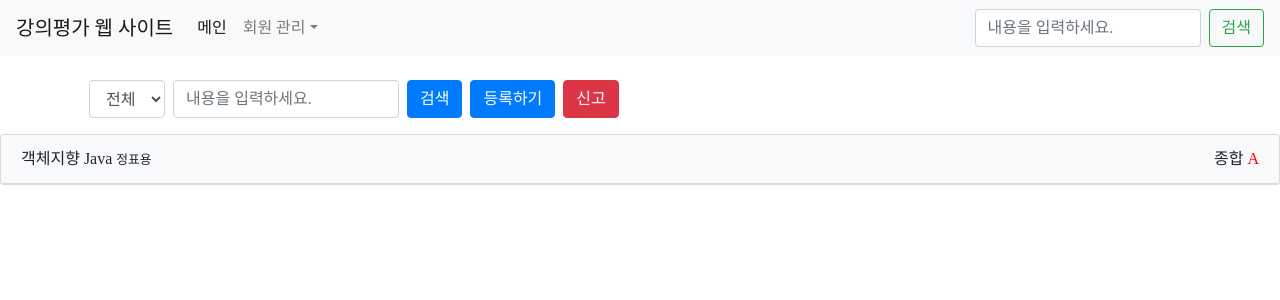
Repository: sur2/JSP-Lecture-Evaluation
Page: http://localhost/Lecture_Evaluation/userJoin.jsp
The author's editor kept a copy of each file at every save. The page is drawn from the files as they stood at one save, then again after the next save.
The browser window is 1280 px wide. The pictures show the whole page.
Some web fonts or font styles are not loaded; a fallback is used. The page is served by Tomcat 9. Other server files are loaded and not shown.

Above is the page before, as saved 2020-01-03 09:45:41.

### Lecture Evaluation/WebContent/userJoin.jsp
<%@ page language="java" contentType="text/html; charset=UTF-8"
	pageEncoding="UTF-8"%>
<!DOCTYPE html>
<html>
<head>
	<meta charset="UTF-8">
	<!-- 반응형 웹 -->
	<meta name="viewport" content="width=device-width, initial-scale=1.0, shrink-to-fit=no">
	<title>강의평가 웹 사이트</title>
	<!-- 부트스트랩 CSS 추가하기 -->
	<link rel="stylesheet" href="./css/bootstrap.min.css"></link>
	<!-- 커스텀 CSS 추가하기 -->
	<link rel="stylesheet" href="./css/custom.css"></link>
</head>
<body>
	<nav class="navbar navbar-expand-md navbar-light bg-light">
		<a class="navbar-brand" href="index.jsp">강의평가 웹 사이트</a>
		<button class="navbar-toggler" type="button" data-toggle="collapse" data-target="#navbar">
			<span class="navbar-toggler-icon"></span>
		</button>
		<div id="navbar" class="collapse navbar-collapse">
			<ul class="navbar-nav mr-auto">
				<li class="navbar-item active">
					<a class="nav-link" href="index.jsp">메인</a>
				</li>
				<li class="nav-item dropdown">
					<a class="nav-link dropdown-toggle" id="dropdown" data-toggle="dropdown">회원 관리</a>
					<div class="dropdown-menu" aria-labelledby="dropdown">
						<a class="dropdown-item" href="#">로그인</a>
						<a class="dropdown-item" href="#">회원가입</a>
						<a class="dropdown-item" href="#">로그아웃</a>
					</div>
				</li>
			</ul>
			<form class="form-inline my-2 my-lg-0">
				<input class="form-control mr-sm-2" type="search" placeholder="내용을 입력하세요." aria-label="Search">
				<button class="btn btn-outline-success my-2 my-sm-0" type="submit">검색</button>
			</form>
		</div>
	</nav>

	<section class="container">
		<form method="get" action="./index.jsp" class="form-inline mt-3">
			<select name="lectureDivide" class="form-control mx-1 mt-2">
				<option value="전체">전체</option>
				<option value="전공">전공</option>
				<option value="교양">교양</option>
				<option value="기타">기타</option>
			</select>
			<input type="text" name="search" class="form-control mx-1 mt-2" placeholder="내용을 입력하세요.">
			<button type="submit" class="btn btn-primary mx-1 mt-2">검색</button>
			<a class="btn btn-primary mx-1 mt-2" data-toggle="modal" href="#registerModal">등록하기</a>
			<a class="btn btn-danger mx-1 mt-2" data-toggle="modal" href="#reportModal">신고</a>
		</form>
	</section>

	<div class="card bg-light mt-3">
		<div class="card-header bg-light">
			<div class="row">
				<div class="col-8 text-left">객체지향 Java&nbsp;<small>정표용</small></div>
				<div class="col-4 text-right">종합
					<span style="color: red;">A</span>
				</div>
			</div>
		</div>
	</div>

	<!-- 평가 등록 모달 -->
	<div class="modal fade" id="registerModal" tabindex="-1" role="diolog" aria-labelledby="modal" aria-hidden="true">
		<div class="modal-dialog">
			<div class="modal-content">
				<div class="modal-header">
					<h5 class="modal-title" id="modal">평가 등록</h5>
					<button type="button" class="close" data-dismiss="modal" aria-label="Close">
						<span aria-hidden="true">&times;</span>
					</button>
				</div>
				<div class="modal-body">
					<form action="./evaluationRegisterAction.jsp" method="post">
						<div class="form-row">
							<div class="form-group col-sm-6">
								<label>강의명</label>
								<input type="text" name="lectureName" class="form-control" maxlength="20">
							</div>
							<div class="form-group col-sm-6">
								<label>교수명</label>
								<input type="text" name="professorName" class="form-control" maxlength="20">
							</div>
						</div>
						<div class="form-row">
							<div class="form-group col-sm-4">
								<label>수강 연도</label>
								<select name="lectureYear" class="form-control">
								<%
									for(int i = 2013; i<2030; i++) {
										if(i == 2020) {
								%>
												<option value="<%=i%>" selected><%=i%></option>
								<%
										}
										else {
								%>
									<option value="<%=i%>"><%=i%></option>
								<%
										}
									}
								%>
								</select>
							</div>
							<div class="form-group col-sm-4">
								<label>수강 학기</label>
								<select name="semesterDivide" class="form-control">
									<option value="1학기">1학기</option>
									<option value="여름학기">여름학기</option>
									<option value="2학기">2학기</option>
									<option value="겨울학기">겨울학기</option>
								</select>
							</div>
							<div class="form-group col-sm-4">
								<label>강의 구분</label>
								<select name="lectureDivide" class="form-control">
									<option value="전공">전공</option>
									<option value="교양">교양</option>
									<option value="기타">기타</option>
								</select>
							</div>
						</div>
						<div class=form-group>
							<label>제목</label>
							<input type="text" name="evaluationTime" class="form-control" maxlength="30">
						</div>
						<div class="form-group">
							<label>내용</label>
							<textarea name="evaluationContent" class="form-control" maxlength="2048" style="height:180px;"></textarea>
						</div>
						<div class="form-row">
							<div class="form-group col-sm-3">
								<label>종합</label>
								<select name="totalScore" class="form-control">
									<option value="A" selected>A</option>
									<option value="B">B</option>
									<option value="C">C</option>
									<option value="D">D</option>
									<option value="F">F</option>
								</select>
							</div>
							<div class="form-group col-sm-3">
								<label>성적</label>
								<select name="creditScore" class="form-control">
									<option value="A" selected>A</option>
									<option value="B">B</option>
									<option value="C">C</option>
									<option value="D">D</option>
									<option value="F">F</option>
								</select>
							</div>
							<div class="form-group col-sm-3">
								<label>널널</label>
								<select name="comfortableScore" class="form-control">
									<option value="A" selected>A</option>
									<option value="B">B</option>
									<option value="C">C</option>
									<option value="D">D</option>
									<option value="F">F</option>
								</select>
							</div>
							<div class="form-group col-sm-3">
								<label>강의</label>
								<select name="lectureScore" class="form-control">
									<option value="A" selected>A</option>
									<option value="B">B</option>
									<option value="C">C</option>
									<option value="D">D</option>
									<option value="F">F</option>
								</select>
							</div>
						</div>
						<div class="modal-footer">
							<button type="submit" class="btn btn-primary">등록하기</button>
							<button type="button" class="btn btn-secondary" data-dismiss="modal">취소</button>
						</div>
					</form>
				</div>
			</div>
		</div>
	</div>
	<!-- 신고 모달 -->
	<div class="modal fade" id="reportModal" tabindex="-1" role="diolog" aria-labelledby="modal" aria-hidden="true">
		<div class="modal-dialog">
			<div class="modal-content">
				<div class="modal-header">
					<h5 class="modal-title" id="modal">신고하기</h5>
					<button type="button" class="close" data-dismiss="modal" aria-label="Close">
						<span aria-hidden="true">&times;</span>
					</button>
				</div>
				<div class="modal-body">
					<form action="./reportAction.jsp" method="post">
						<div class=form-group>
							<label>신고 제목</label>
							<input type="text" name="reportTitle" class="form-control" maxlength="30">
						</div>
						<div class="form-group">
							<label>신고 내용</label>
							<textarea name="reportContent" class="form-control" maxlength="2048" style="height:180px;"></textarea>
						</div>
						<div class="modal-footer">
							<button type="submit" class="btn btn-danger">신고하기</button>
							<button type="button" class="btn btn-secondary" data-dismiss="modal">취소</button>
						</div>
					</form>
				</div>
			</div>
		</div>
	</div>

	<!-- JQuery js 추가하기 -->
	<script type="text/javascript" src="./js/jquery-3.4.1.min.js"></script>
	<!-- popper js 추가하기 -->
	<script type="text/javascript" src="./js/popper.min.js"></script>
	<!-- 부트스트랩 js 추가하기 -->
	<script type="text/javascript" src="./js/bootstrap.min.js"></script>
</body>
</html>

### Lecture Evaluation/WebContent/css/custom.css
@import url(https://fonts.googleapis.com/earlyaccess/jejugothic.css);
@import url(https://fonts.googleapis.com/css?family=Nanum+Gothic&display=swap);
.navbar-brand, h1, h2, h3, h4 {
	font-family: 'Jeju Gothic';
}
h5 {
	font-family:'Jeju Gothic';
	font-size: 18px;
}
body {
	font-family: 'Nanum Gothic';
}

Loaded but not shown: Lecture Evaluation/WebContent/css/bootstrap.min.css (library); Lecture Evaluation/WebContent/js/jquery-3.4.1.min.js (library); Lecture Evaluation/WebContent/js/popper.min.js (library); Lecture Evaluation/WebContent/js/bootstrap.min.js (library)

After the next save:
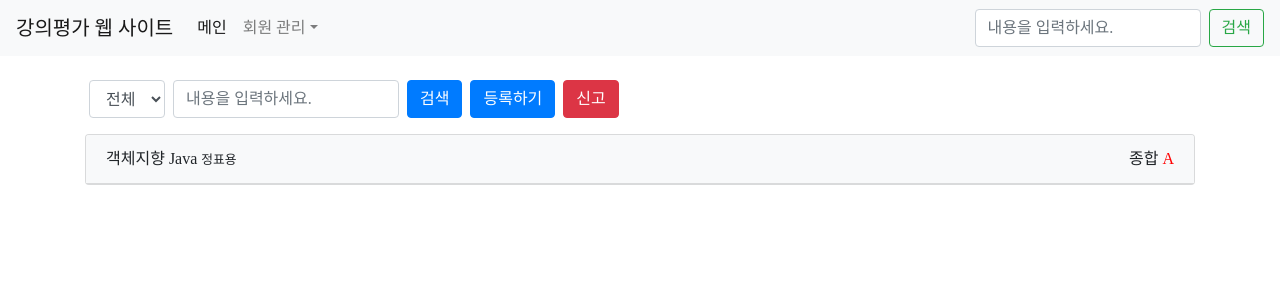
Saved 30 s later.
--- a/Lecture Evaluation/WebContent/userJoin.jsp
+++ b/Lecture Evaluation/WebContent/userJoin.jsp
@@ -52,18 +52,19 @@
 			<a class="btn btn-primary mx-1 mt-2" data-toggle="modal" href="#registerModal">등록하기</a>
 			<a class="btn btn-danger mx-1 mt-2" data-toggle="modal" href="#reportModal">신고</a>
 		</form>
+
+		<div class="card bg-light mt-3">
+			<div class="card-header bg-light">
+				<div class="row">
+					<div class="col-8 text-left">객체지향 Java&nbsp;<small>정표용</small></div>
+					<div class="col-4 text-right">종합
+						<span style="color: red;">A</span>
+					</div>
+				</div>
+			</div>
+		</div>
 	</section>
 
-	<div class="card bg-light mt-3">
-		<div class="card-header bg-light">
-			<div class="row">
-				<div class="col-8 text-left">객체지향 Java&nbsp;<small>정표용</small></div>
-				<div class="col-4 text-right">종합
-					<span style="color: red;">A</span>
-				</div>
-			</div>
-		</div>
-	</div>
 
 	<!-- 평가 등록 모달 -->
 	<div class="modal fade" id="registerModal" tabindex="-1" role="diolog" aria-labelledby="modal" aria-hidden="true">
